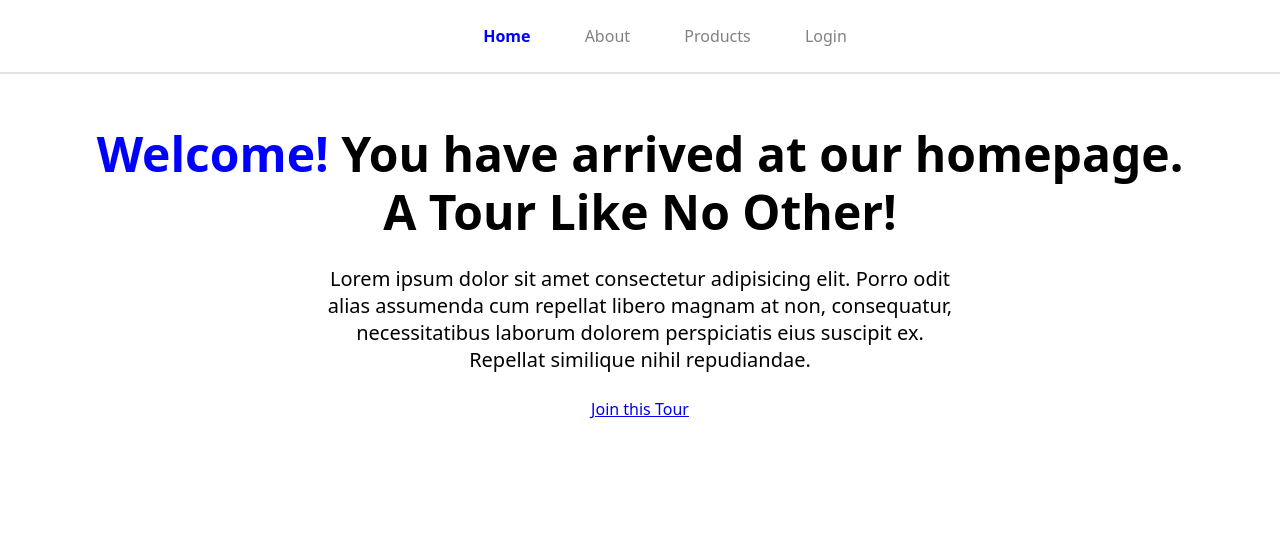
Repository: Yeyolive/WebDev_Collab_2025
Page: Basic_Projects/Basic-Website/index.html
An editor plug-in stored every save of this project. The page is shown before and after the next save, followed by the edit.
The browser window is 1280 px wide. The pictures show the whole page.

Above is the page before, as saved 2025-11-02 20:10:02.

After the next save:
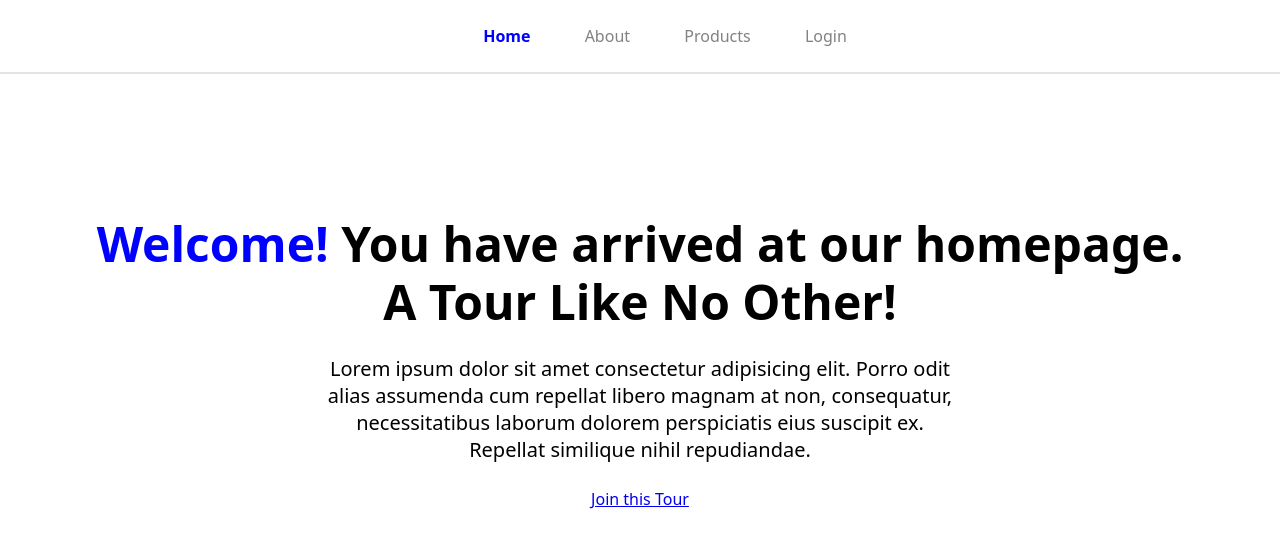
Saved 20 s later.
--- a/Basic_Projects/Basic-Website/styles.css
+++ b/Basic_Projects/Basic-Website/styles.css
@@ -45,6 +45,7 @@ header p {
 }
 
 h1 {
+  margin-top: 90px;
   font-size: 3rem;
   line-height: 1.2em;
   font-weight: bold;
